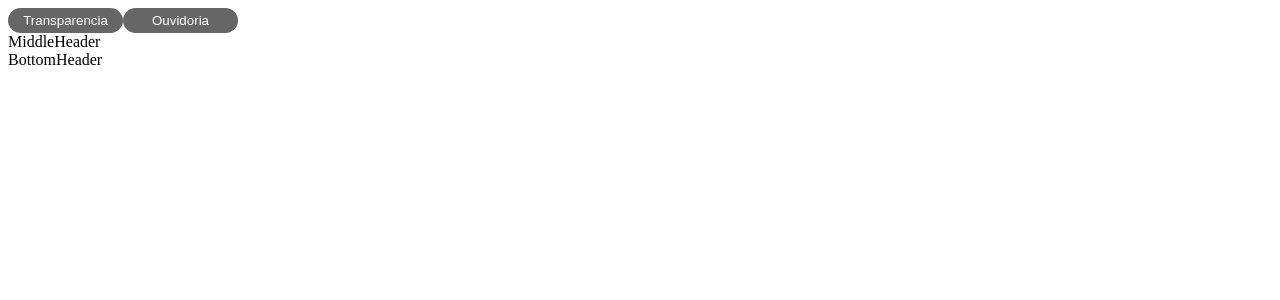
Repository: YuriSarmanho/prodepaSite
Page: / (app in prodepa-site/)
These files come from the project's save history. The page is drawn as it stood at one moment and after the next save; the edit follows.
The browser window is 1280 px wide. The pictures show the whole page.
The project was rebuilt for these pictures with package versions that can differ from the ones it lists, and the page was loaded fresh each time. Also part of the build but not shown: prodepa-site/src/App.css.

Above is the page before, as saved 2022-12-19 14:25:16.

After the next save:
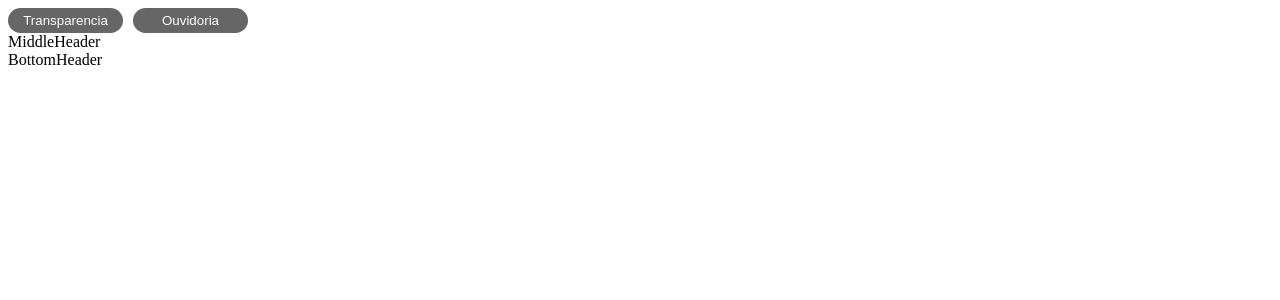
Saved 4 s later.
--- a/prodepa-site/src/components/Buttons/TopHeaderButton/index.css
+++ b/prodepa-site/src/components/Buttons/TopHeaderButton/index.css
@@ -1,6 +1,6 @@
 .topHeaderButton {
     padding: 5px 15px;
-    margin-right: ;
+    margin-right: 10px ;
     color: #fff;
     background-color: #666 ;
     border: none;
